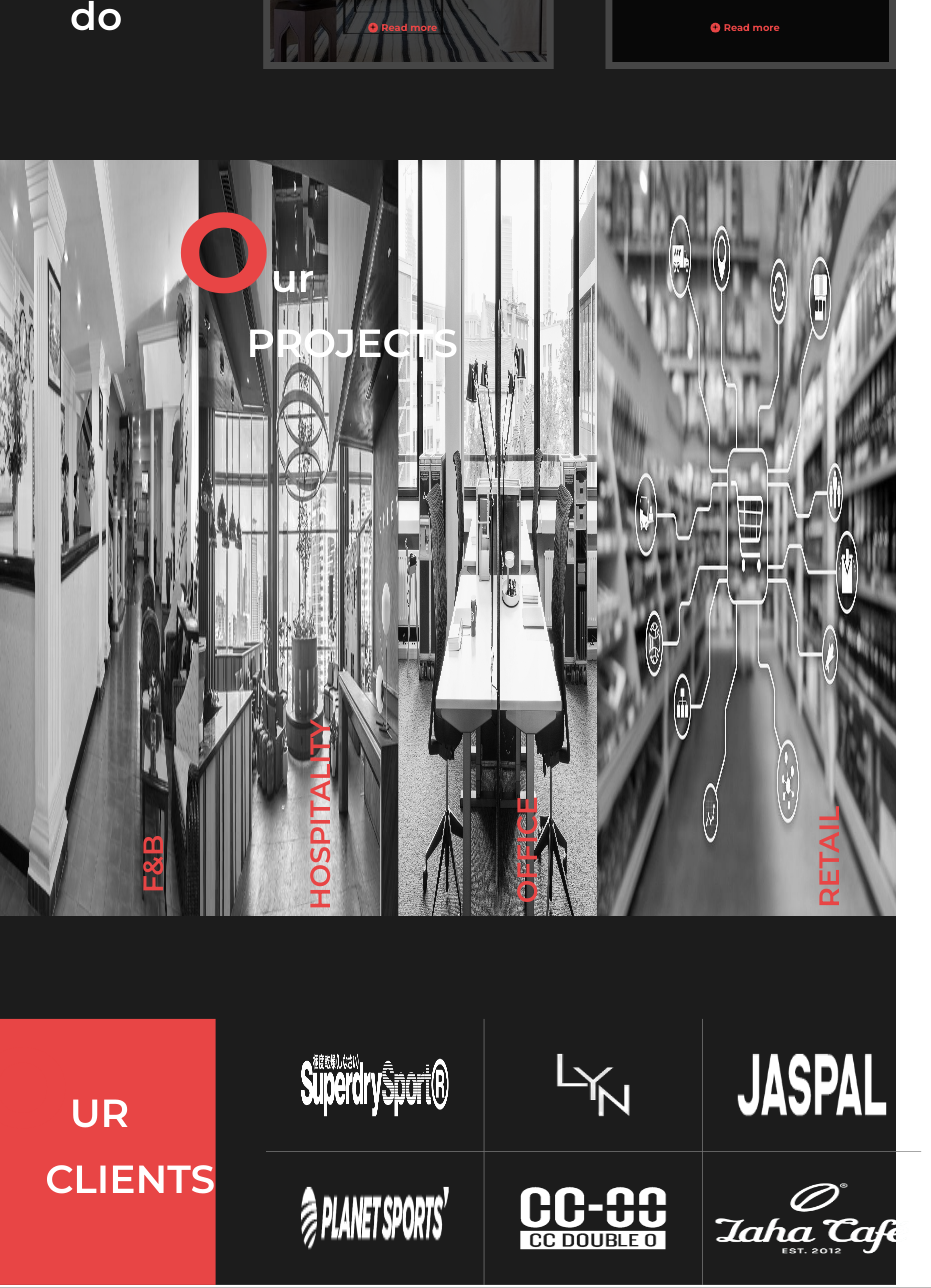
Repository: iphoneboy46/demoMonaFigma
Page: index.html
The author's editor kept a copy of each file at every save. The page is drawn from the files as they stood at one save, then again after the next save.
The browser window is 1280 px wide. The page is 1330 px wide, so the pictures cover 1330 px, including what lies to the right of the window. The pictures show the part of the page from y = 2441 to 4281 px (the page is 4281 px tall), at 70% of full size.
The pointer rests on the first visible `.section__logo-1`.
Some web libraries are served in a nearby version.

Above is the page before, as saved 2023-03-20 22:24:42.

After the next save:
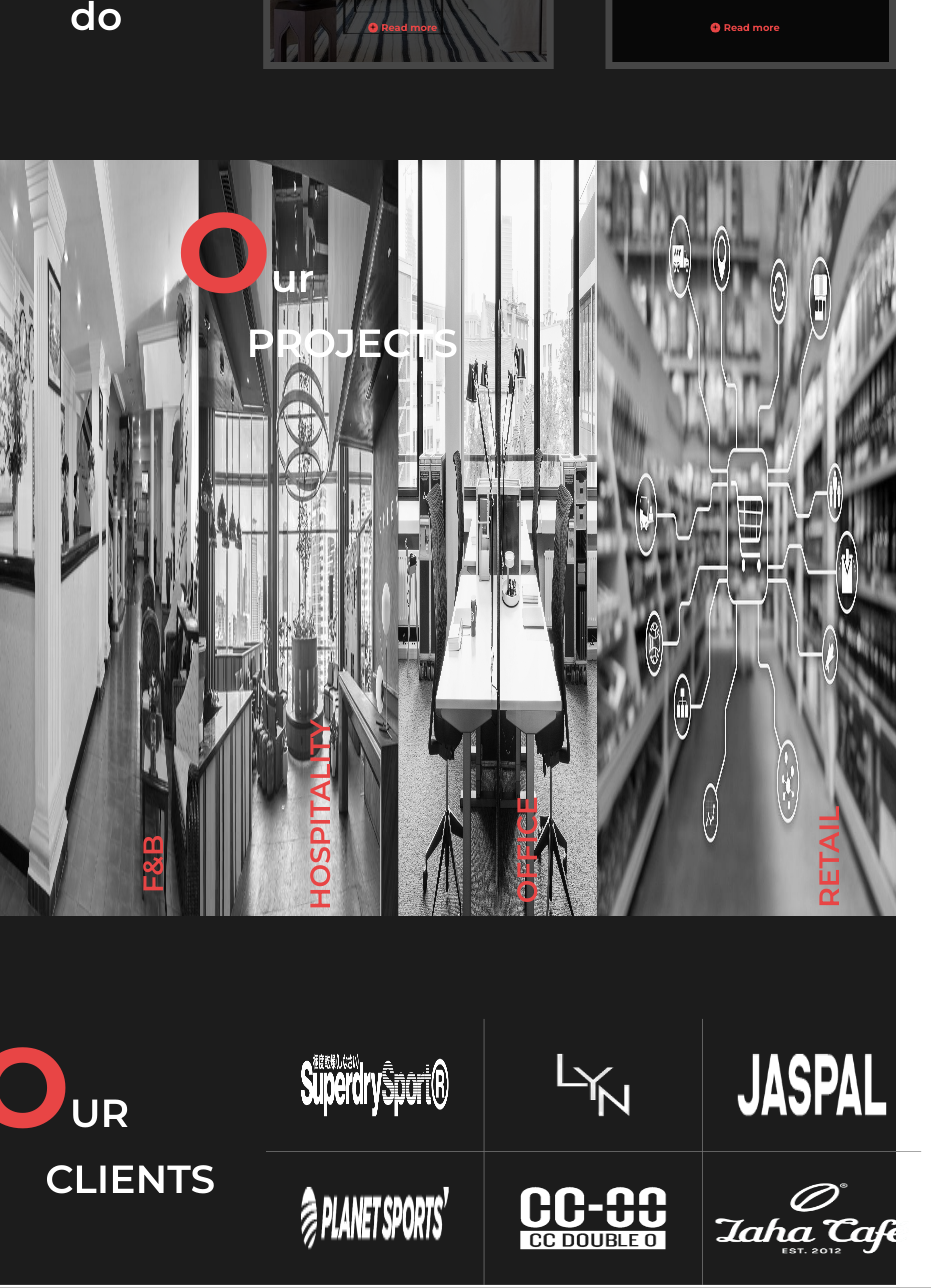
Saved 8 s later.
--- a/style.css
+++ b/style.css
@@ -955,7 +955,7 @@
   margin-right: 72px;
 }
 
-.section__logo-1:hover{
+.section__logo-2:hover{
   background: var(--color-main);
 }
 
